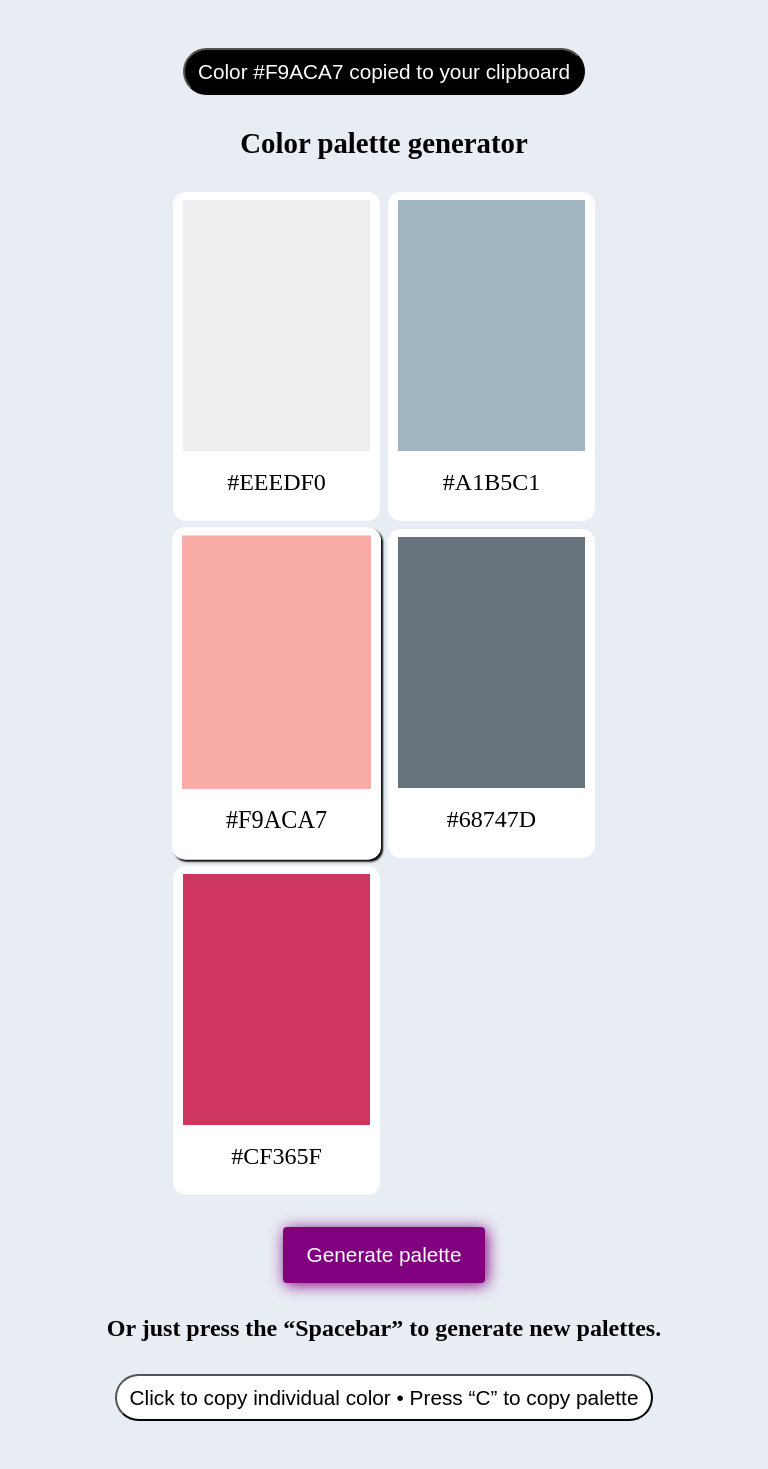
Repository: Hcmwebs/Color-Palette-Generator
Page: index.html
These files come from the project's save history. The page is drawn as it stood at one moment and after the next save; the edit follows.
The browser window is 768 px wide. The pictures show the whole page.

Above is the page before, as saved 2020-07-07 12:59:48.

After the next save:
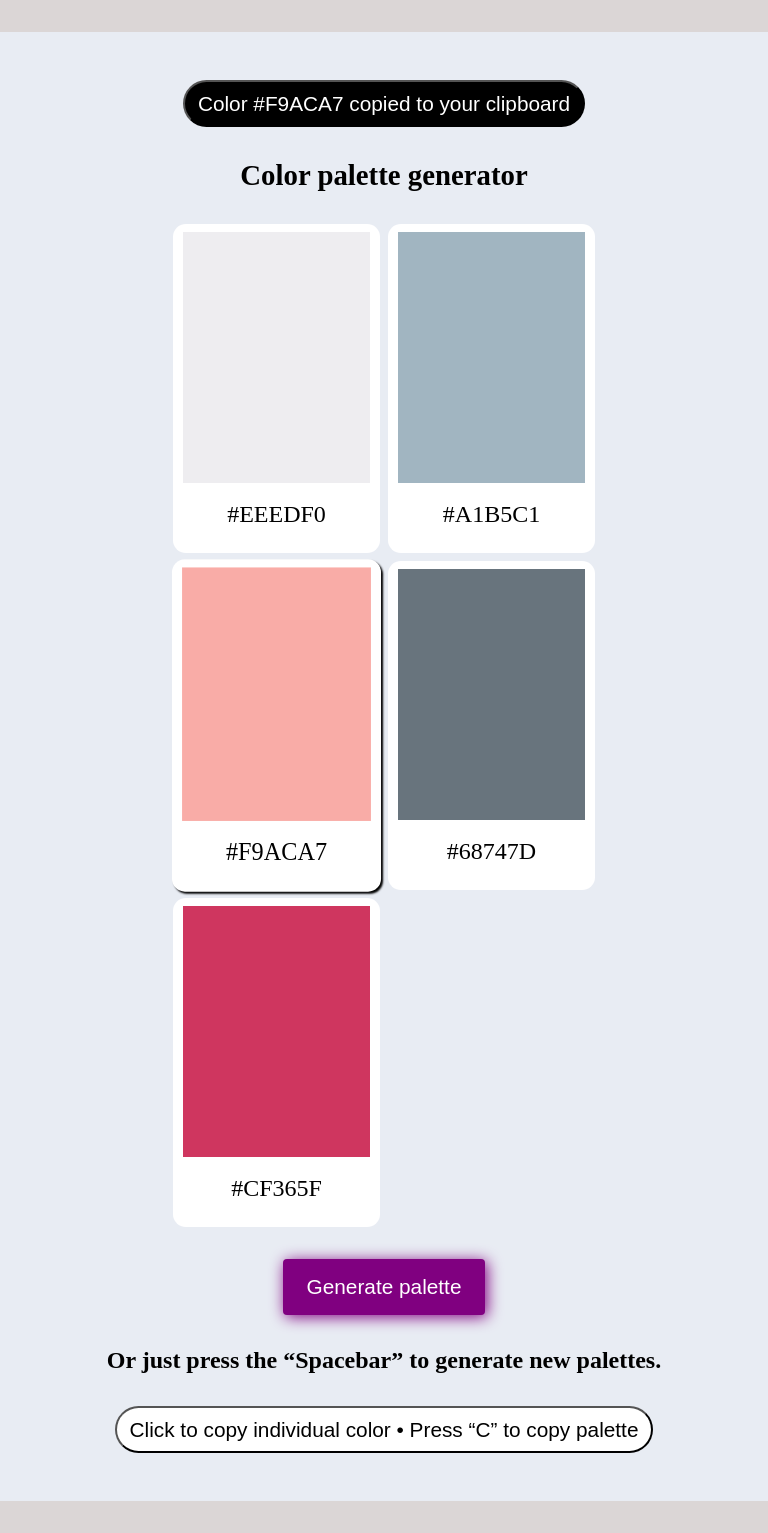
Saved 3 min 4 s later.
--- a/styles.css
+++ b/styles.css
@@ -130,6 +130,7 @@ h3{
 @media(max-width: 900px){
     body{
         height: auto;
+        padding: 2rem 0rem;
     }
     .container{
         min-width: 620px;
